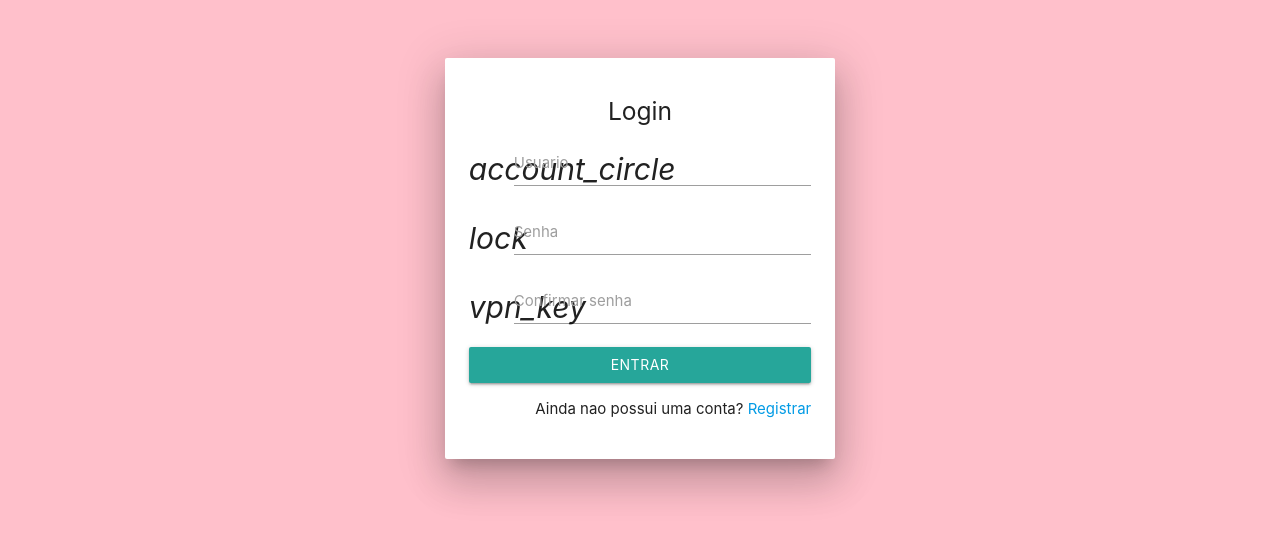
Repository: luizasilveira/TechWeb
Page: http://localhost/techWebP1/login.jsp
An editor plug-in stored every save of this project. The page is shown before and after the next save, followed by the edit.
The browser window is 1280 px wide. The pictures show the whole page.
The page is served by Tomcat 9. Other server files are loaded and not shown.

Above is the page before, as saved 2019-09-10 12:39:12.

### Projeto1/techWebP1/WebContent/login.jsp
<%@ page language="java" contentType="text/html; charset=ISO-8859-1"
	pageEncoding="ISO-8859-1"%>
<!DOCTYPE html>
<html>
<head>
<meta charset="ISO-8859-1">
<title>Login</title>
<link href="https://fonts.googleapis.com/icon?family=Material+Icons"
	rel="stylesheet">
<!--Import materialize.css-->
<link rel="stylesheet"
	href="https://cdnjs.cloudflare.com/ajax/libs/materialize/1.0.0/css/materialize.min.css">


<style>
body {
background-color: pink;
	width: 100%;
	margin: auto;
	padding: 50px;
	text-align: center;
}
</style>


</head>

<body>


	<div class="container" id="content">


		<div class="row">
			<div class="col l3 m3 s12"></div>
			<div class="col l6 m6 s12">
				<form action="" method="POST">
					<div class="card-panel z-depth-5">
						<h5 class="center">Login</h5>
						<div class="input-field">
							<i class="material-icons prefix">account_circle</i> <input
								type="text" name="username"> <label> Usuario</label>
						</div>


						<div class="input-field">
							<i class="material-icons prefix">lock</i> <input type="password"
								name="pass1"> <label>Senha</label>
						</div>


						<div class="input-field">
							<i class="material-icons prefix">vpn_key</i> <input
								type="password" name="pass2"> <label>Confirmar
								senha</label>
						</div>

						<input type="submit" name="submit" value="Entrar"
							class="btn left col s12">
						<p class="right">
							Ainda nao possui uma conta? <a href="#login"
								class="modal-trigger">Registrar</a>
						</p>

						<div class="clearfix"></div>
					</div>
				</form>

			</div>

		</div>
	</div>






	<script src="https://code.jquery.com/jquery-1.12.0.min.js"></script>
	<script
		src="https://cdnjs.cloudflare.com/ajax/libs/materialize/1.0.0/js/materialize.min.js"></script>

After the next save:
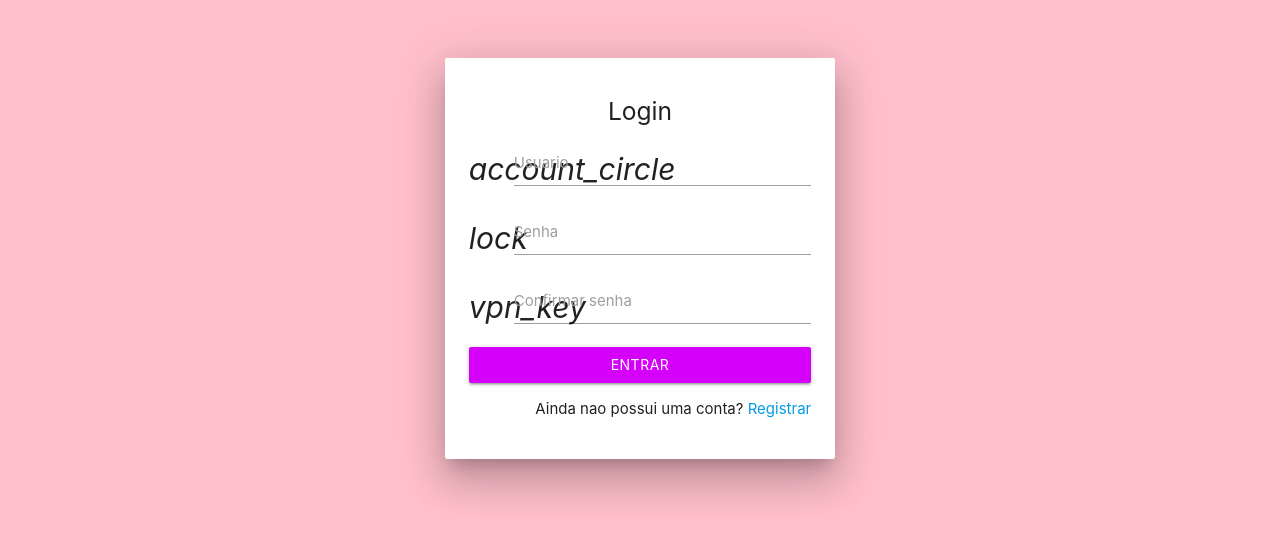
Saved 5 min 51 s later.
--- a/Projeto1/techWebP1/WebContent/login.jsp
+++ b/Projeto1/techWebP1/WebContent/login.jsp
@@ -56,7 +56,7 @@ background-color: pink;
 						</div>
 
 						<input type="submit" name="submit" value="Entrar"
-							class="btn left col s12">
+							class="btn left col s12 purple accent-3">
 						<p class="right">
 							Ainda nao possui uma conta? <a href="#login"
 								class="modal-trigger">Registrar</a>
